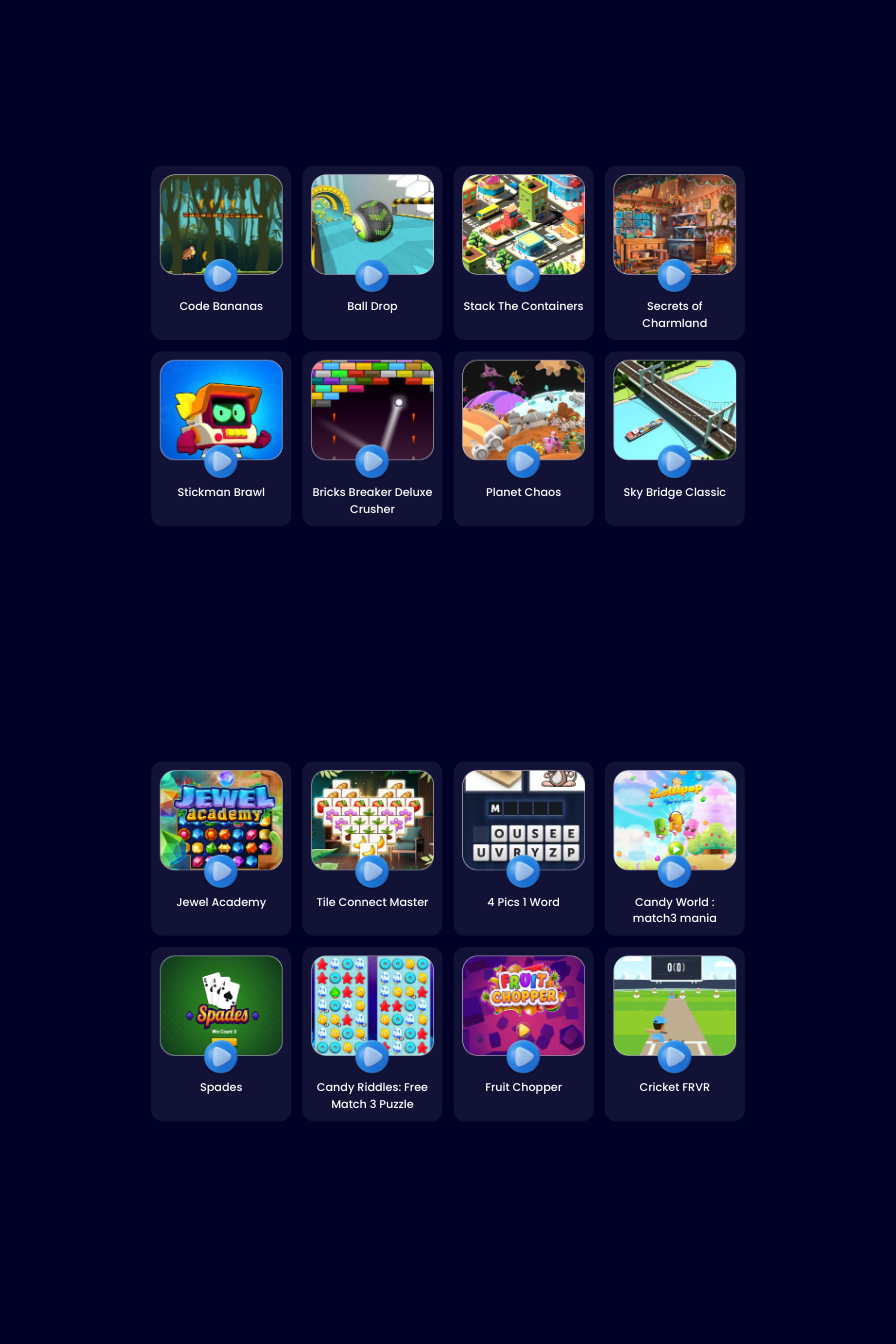
Repository: meenadabhii/jpygames.com
Page: http://localhost/
An editor plug-in stored every save of this project. The page is shown before and after the next save, followed by the edit.
The browser window is 1280 px wide. The pictures show the part of the page from y = 1804 to 3724 px (the page is 7112 px tall), at 70% of full size.
Some web libraries are served in a nearby version. The page is served by the project's Node server (nodejs/app.js).

Above is the page before, as saved 2025-02-07 14:35:30.

After the next save:
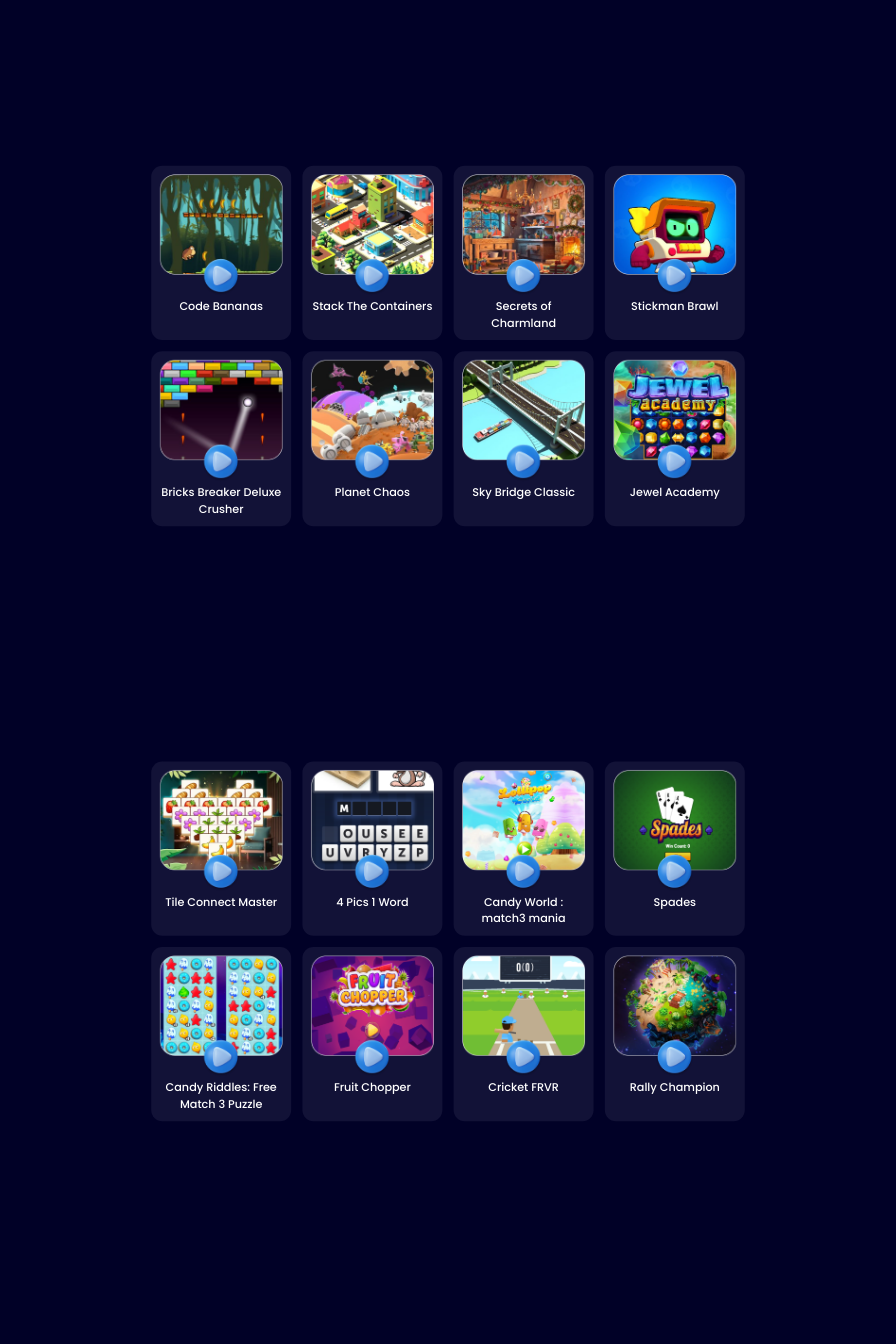
Saved 20 s later.
--- a/nodejs/game.json
+++ b/nodejs/game.json
@@ -122,13 +122,6 @@
         "url":"https://marketjs.cdn.start.gg/9nt6qmtc0mnc/v3/index.html"
     },
     {
-        "slug":"ball-drop",
-        "name":"Ball Drop",
-        "img":"/image/ball-drop.png",
-        "type":"sport",
-        "url":"https://marketjs.cdn.start.gg/9n5cr504q14r/v3/index.html"
-    },
-    {
         "slug":"stack-the-containers",
         "name":"Stack The Containers",
         "img":"/image/stack-the-containers.png",
